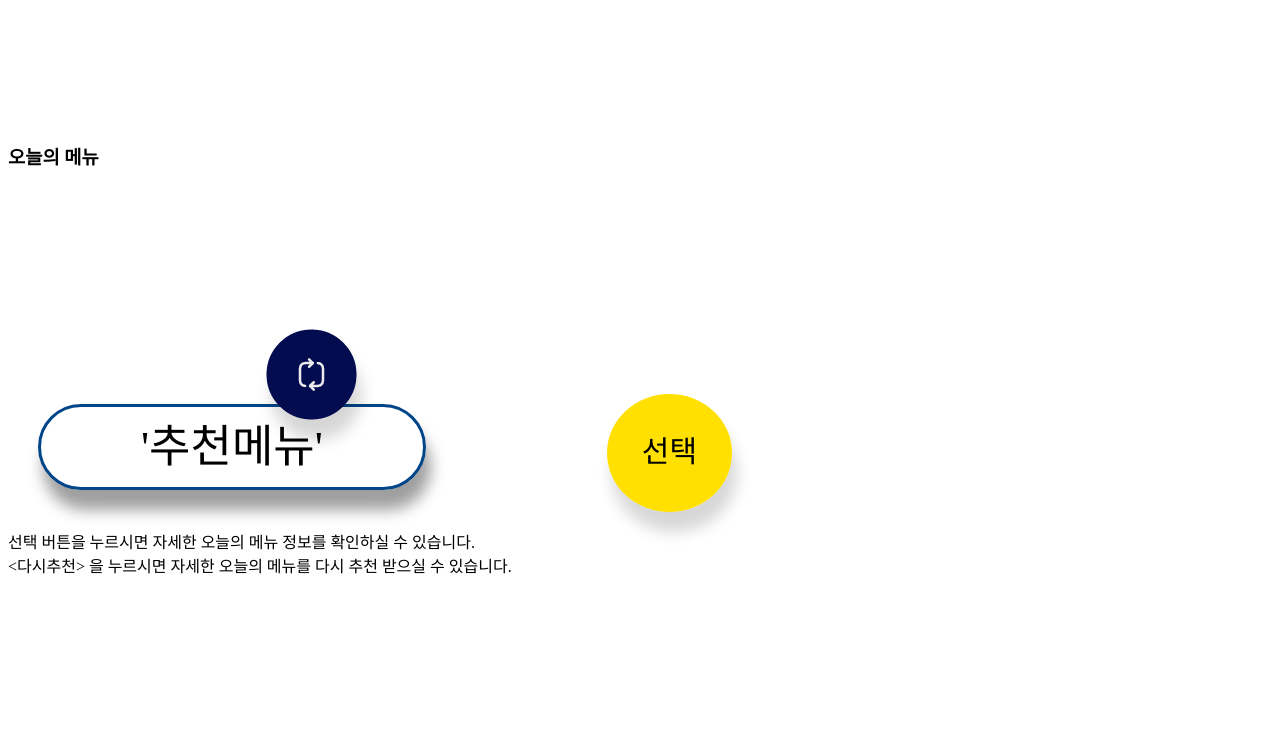
Repository: hkh00700/JustDoEat_Web
Page: http://localhost/justdoeat/WEB-INF/views/home.jsp
These files come from the project's save history. The page is drawn as it stood at one moment and after a run of saves; the edit follows.
The browser window is 1280 px wide. The pictures show the whole page.
The page is served by Tomcat 9. Nobody is signed in. Other server files are loaded and not shown. The template is opened directly, without the code that normally fills it, so the values that code supplies are empty.

Above is the page before, as saved 2021-05-18 02:59:32.

### justdoeat/src/main/webapp/WEB-INF/views/home.jsp
<%@ taglib uri="http://java.sun.com/jsp/jstl/core" prefix="c" %>
<%@ page language="java" contentType="text/html; charset=UTF-8"
    pageEncoding="UTF-8"%>
<html>
<head>
	<title>Home</title>
<style type="text/css">
.content {
height: 720px;
}

h3{
height: 300px;
line-height: 300px;
}
.content a:first-of-type{
width: 600px;
height: 120px;
margin: 40px 23px 42px 30px;
padding: 15px 100px 15px 100px;
border-radius: 60px;
box-shadow: 5px 20px 15px 0 rgba(0, 0, 0, 0.38);
border: solid 3px #00458a;
text-align: center;
font-size: 45px;
}
.select{
 width: 120px;
  height: 120px;
  margin: 40px 157px 42px 23px;
  padding: 41px 35px 44px;
  box-shadow: 5px 20px 15px 0 rgba(0, 0, 0, 0.16);
  background-color: #ffe000;
  border-radius: 50%;
  font-size: 30px;
}
img{
position: relative;
left: -200px;
}

</style>
</head>
<body>
	<div class="content">
		<h3>오늘의 메뉴</h3>
		<a>'추천메뉴'</a><img src='imgs/reset.png' alt="다시추천"/><a class='select'>선택</a>
		<br/><br/><br/><br/>
		선택 버튼을 누르시면 자세한 오늘의 메뉴 정보를 확인하실 수 있습니다.<br/>
		<다시추천> 을 누르시면 자세한 오늘의 메뉴를 다시 추천 받으실 수 있습니다.

	</div>
</body>
</html>

After the next 2 saves:
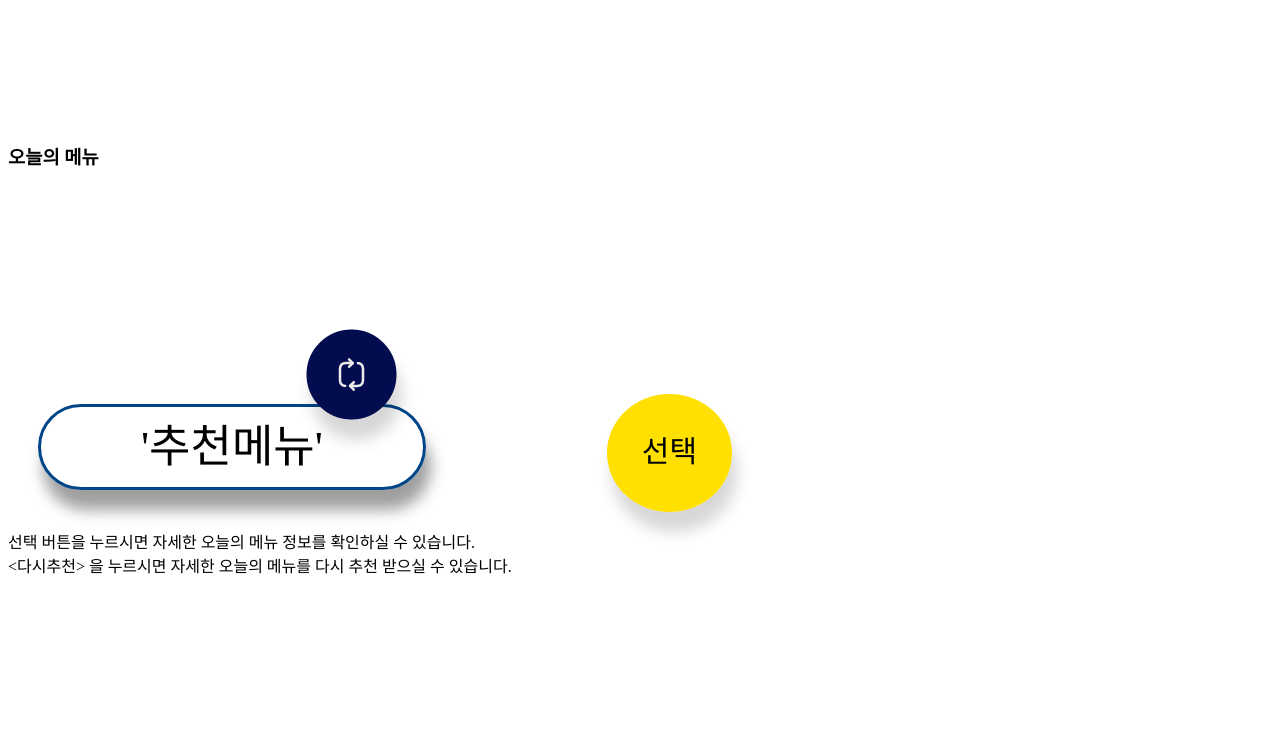
The 2 saves are shown as one change because they came seconds apart.
The last was saved 11 s later.
--- a/justdoeat/src/main/webapp/WEB-INF/views/home.jsp
+++ b/justdoeat/src/main/webapp/WEB-INF/views/home.jsp
@@ -36,7 +36,7 @@
 }
 img{
 position: relative;
-left: -200px;
+left: -160px;
 }
 
 </style>
